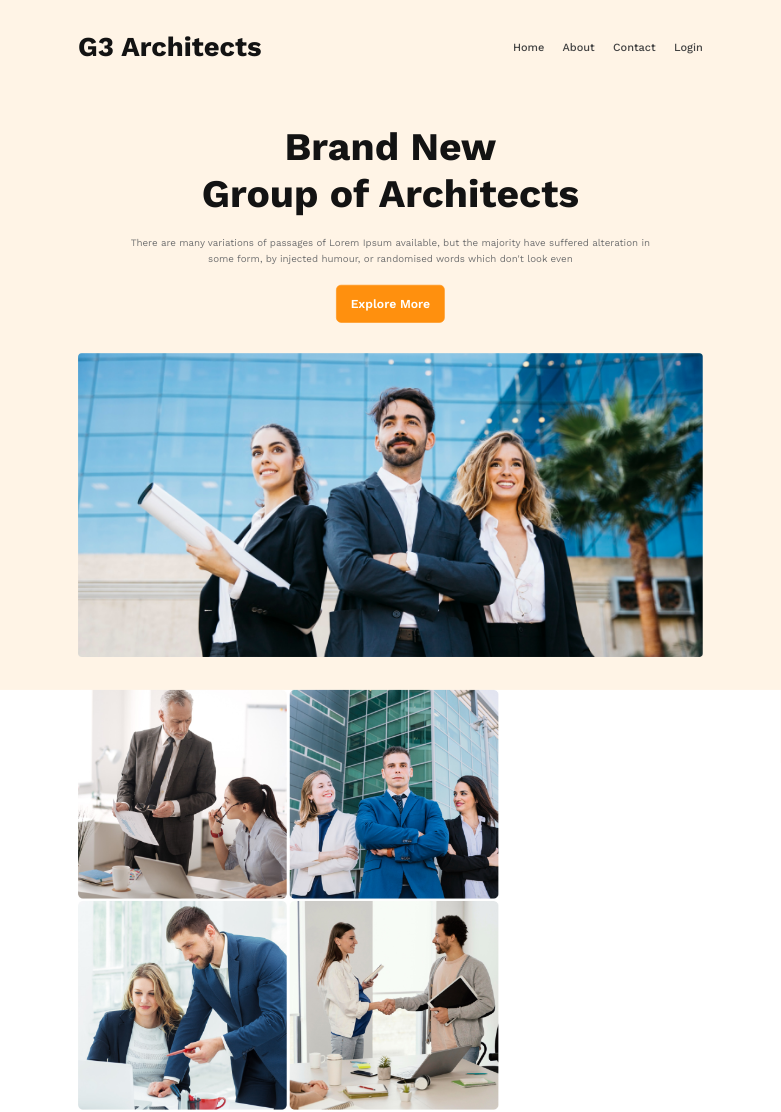
Repository: ShouravAhammed/G3-architects-webpage
Page: index.html
The author's editor kept a copy of each file at every save. The page is drawn from the files as they stood at one save, then again after the next save.
The browser window is 1280 px wide. The pictures show the whole page, at 61% of full size.

Above is the page before, as saved 2024-01-13 00:17:56.

### index.html
<!DOCTYPE html>
<html lang="en">
<head>
    <meta charset="UTF-8">
    <meta name="viewport" content="width=device-width, initial-scale=1.0">
    <title>G3 Architects</title>
    <link rel="stylesheet" href="styles/style.css">
</head>
<body>
    <!-- header part -->
    <header id="header">
        <div class="container">
            <nav class="navigation">
                <h3 class="website-logo">G3 Architects</h3>
                <ul class="nav">
                    <li><a href="">Home</a></li>
                    <li><a href="">About</a></li>
                    <li><a href="">Contact</a></li>
                    <li><a href="">Login</a></li>
                </ul>
            </nav>
            <section id="banner">
                <div class="banner-content">
                    <h3 class="banner-title">Brand New <br>Group of Architects</h3>
                    <p class="banner-description">There are many variations of passages of Lorem Ipsum available, but the majority have suffered alteration in some form, by injected humour, or randomised words which don't look even</p>
                    <button class="primary-btn">Explore More</button>
                </div>
                <img src="images/banner.png" alt="">
            </section>
        </div>
    </header>
    <!-- main part -->
    <main>
        <section id="team">
            <div class="container">
                <div class="team-content">
                    <div class="team-img">
                        <img src="images/team1.png" alt="team1-img">
                        <img src="images/team2.png" alt="team2-img">
                        <img src="images/team3.png" alt="team3-img">
                        <img src="images/team4.png" alt="team4-img">
                    </div>
                    <div class="team-content">

                    </div>
                </div>
            </div>
        </section>
    </main>
    <!-- footer part  -->
    <footer>

    </footer>
</body>
</html>

### styles/style.css
/* G3 Architects website fonts from google fonts */
@import url('https://fonts.googleapis.com/css2?family=Work+Sans:ital,wght@0,100;0,200;0,300;0,400;0,500;0,600;0,700;0,800;0,900;1,100;1,200;1,300;1,400;1,500;1,600;1,700;1,800;1,900&display=swap');

/* all body measuring */
*{
    margin: 0;
    padding: 0;
    outline: 0;
    box-sizing: border-box;
    font-family: 'Work Sans', sans-serif;
}

/* container */
.container{
    width: 80%;
    margin: 0 auto;
}

/* Primary button */
.primary-btn{
    color: #FFF;
    font-size: 20px;
    font-weight: 600;
    padding: 18px 23px;
    border-radius: 8px;
    background: #FF900E;
    border: 1px solid #FF900E;
    cursor: pointer;
    transition: all ease 0.5s;
}
.primary-btn:hover{
    background: #fff;
    color: #FF900E;
}
/* Header part css style */
#header{
    background: rgba(255, 144, 14, 0.10);
    padding: 50px 0px;
}
.navigation{
    display: flex;
    justify-content: space-between;
    align-items: center;
}
.website-logo{
    color: #131313;
    font-size: 2.8rem;
    font-weight: 700;
    line-height: normal;
}
.navigation > .nav{
    display: flex;
    gap: 30px;
}
.nav li{
    list-style: none;
}
.nav li a{
    color: #424242;
    font-size: 18px;
    font-weight: 500;
    line-height: 26px;
    text-decoration: none;
    transition: all ease 0.3s;
}
/* Navigation css hover style  */
.nav li a:hover{
    color: #FF900E;
}
/* banner section css style start */
#banner{

}
#banner .banner-content{
    max-width: 862px;
    margin: 100px auto 50px auto;
    text-align: center;
}
.banner-content .banner-title{
    color: #131313;
    font-size: 4rem;
    font-weight: 700;
}
.banner-content .banner-description{
    color: #727272;
    font-size: 16px;
    font-weight: 400;
    line-height: 26px;
    margin: 30px 0;
}
#banner img{
    width: 100%;
}
/* banner section css style end */
/* team section css style start */
#team{

}
.team-content{
    display: flex;
}














/* mobile device */
@media only screen and (max-width: 576px){
    .navigation{
        flex-direction: column;
    }
    #banner .banner-content {
        max-width: 100%;
        margin: 50px auto 50px auto;
    }
}

/* tablet device */
@media only screen and (min-width: 577px) and (max-width: 992px){
    .navigation{
        flex-direction: column;
    }
    #banner .banner-content {
        max-width: 100%;
        margin: 80px auto 50px auto;
    }
}

After the next save:
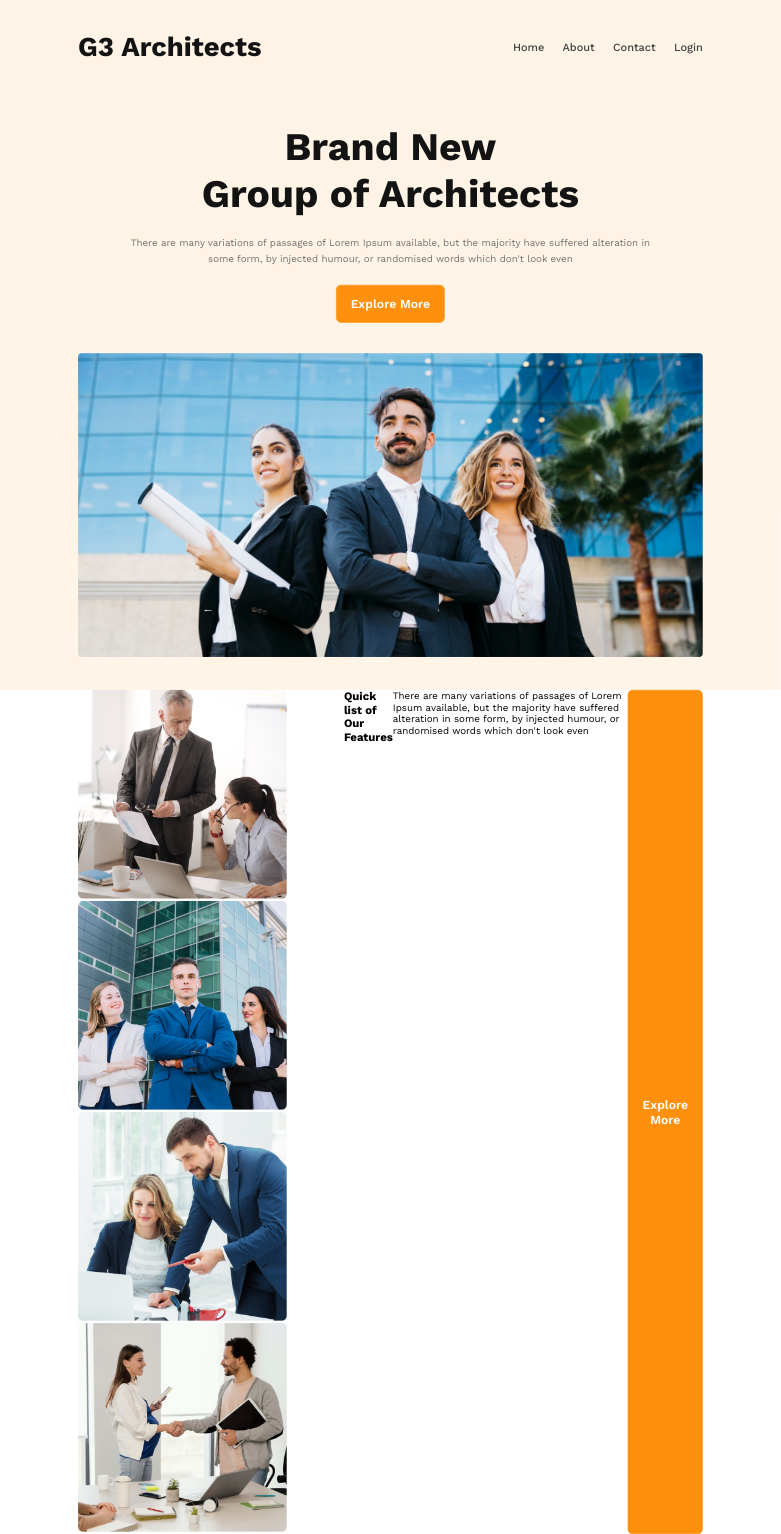
Saved 2 min 41 s later.
--- a/index.html
+++ b/index.html
@@ -41,7 +41,9 @@
                         <img src="images/team4.png" alt="team4-img">
                     </div>
                     <div class="team-content">
-
+                        <h3 class="team-title">Quick list of Our Features</h3>
+                        <p class="team-description">There are many variations of passages of Lorem Ipsum available, but the majority have suffered alteration in some form, by injected humour, or randomised words which don't look even</p>
+                        <button class="primary-btn">Explore More</button>
                     </div>
                 </div>
             </div>
